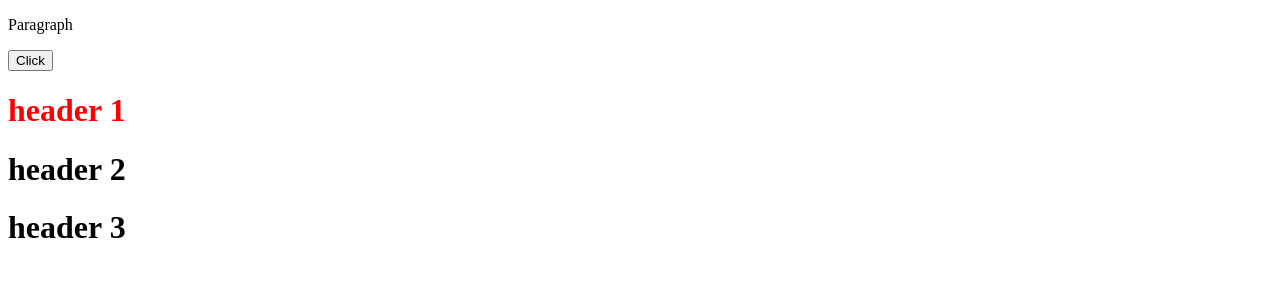
Repository: ravinforu/HTML5_CSS3_JS_Frameworks_Jul_2012-1
Page: Day01/WebContent/ajax.html
The author's editor kept a copy of each file at every save. The page is drawn from the files as they stood at one save, then again after the next save.
The browser window is 1280 px wide. The pictures show the whole page.

Above is the page before, as saved 2012-07-20 10:00:02.

After the next save:
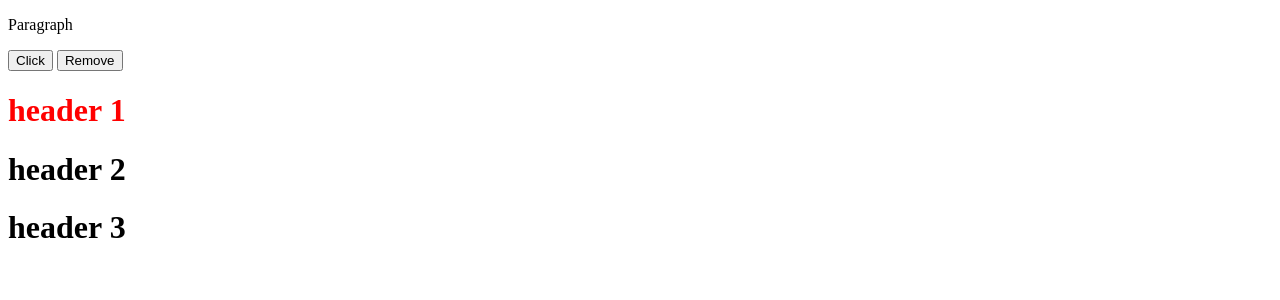
Saved 17 s later.
--- a/Day01/WebContent/ajax.html
+++ b/Day01/WebContent/ajax.html
@@ -23,7 +23,7 @@
 <body>
 	<p>Paragraph</p>
 	<input type="button" value="Click" id="click">
-
+	<input type="button" value="Remove" id="remove">
 
 	<h1 id="header1">header 1</h1>
 	<h1 id="header2">header 2</h1>
